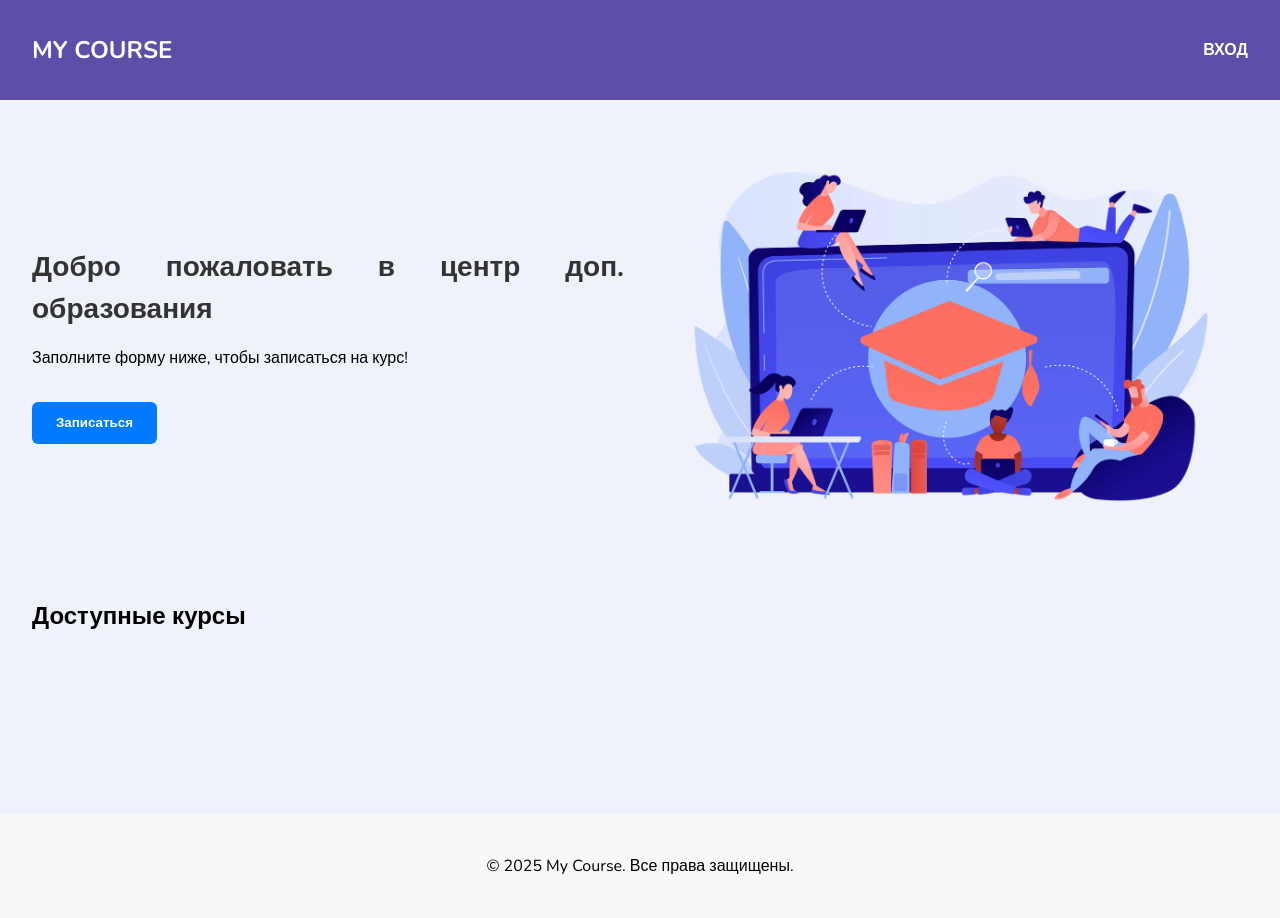
Repository: NikitaSevens/my-course
Page: /
The author's editor kept a copy of each file at every save. The page is drawn from the files as they stood at one save, then again after the next save.
The browser window is 1280 px wide. The pictures show the whole page.
The project was rebuilt for these pictures with package versions that can differ from the ones it lists, and the page was loaded fresh each time. Also part of the build but not shown: vite.config.ts, src/components/CourseCard/CourseCard.module.css, src/components/CourseCard/CourseCard.tsx, src/components/EnrollPopup/EnrollPopup.tsx, src/components/Header/ProtectedRoute.tsx, src/Pages/Dashboard/Dashboard.tsx, src/components/CreateCourse/CreateCourse.module.css, src/components/CreateCourse/CreateCourse.tsx and 7 more.

Above is the page before, as saved 2025-04-28 19:45:28.

After the next save:
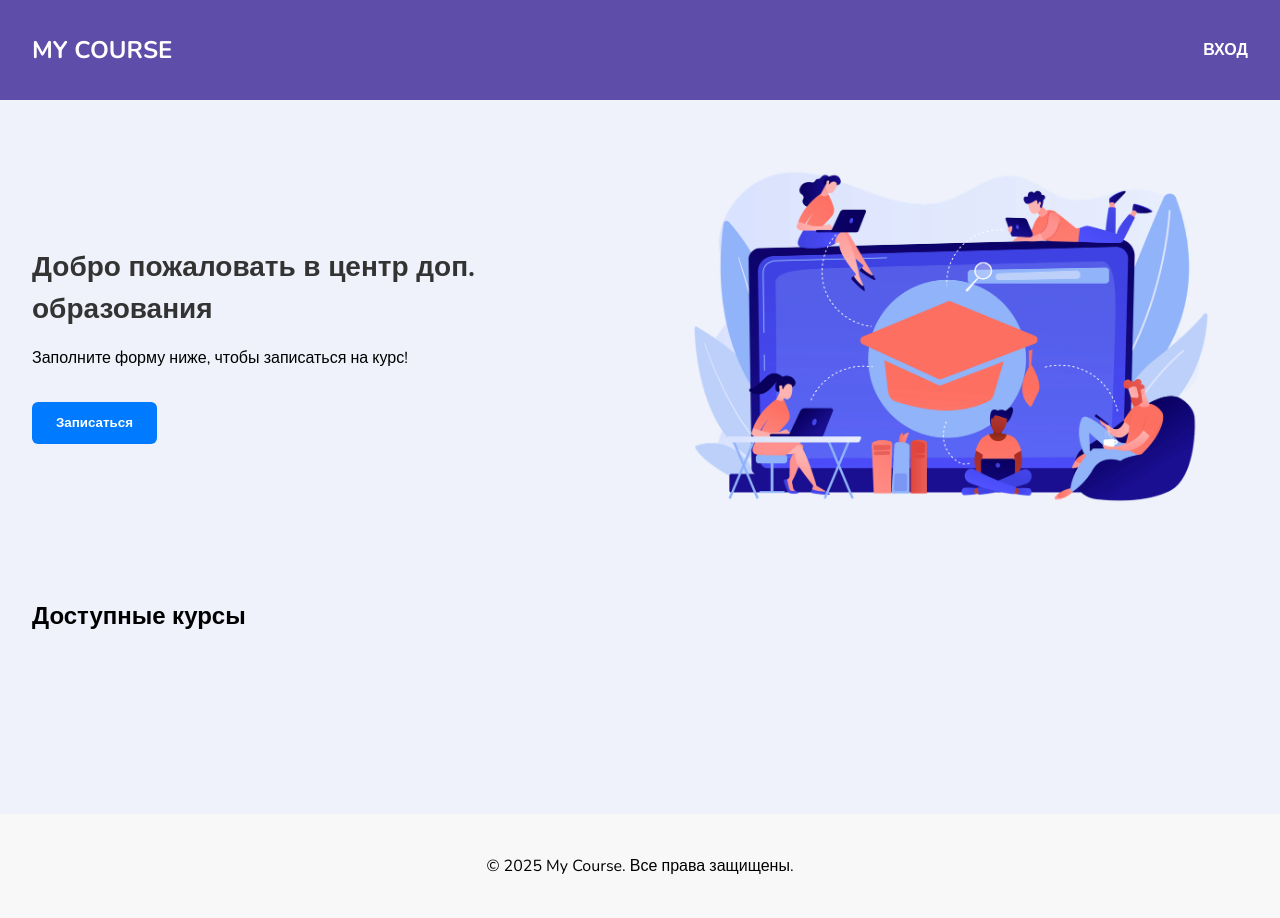
Saved 25 s later.
--- a/src/Pages/Home/Home.module.css
+++ b/src/Pages/Home/Home.module.css
@@ -19,7 +19,7 @@
 .heroText h2 {
   font-size: 28px;
   margin-bottom: 8px;
-  text-align: justify;
+  text-align: start;
 }
 
 .cta {
